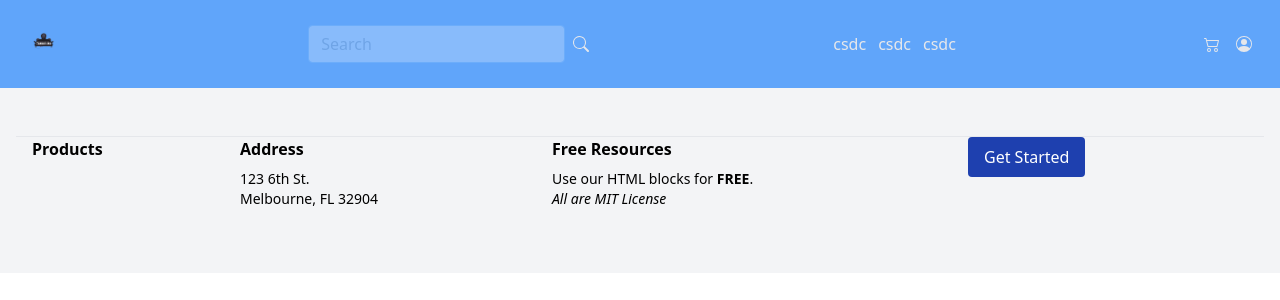
Repository: DevLaukey/Jitu-final
Page: / (app in frontend/)
The author's editor kept a copy of each file at every save. The page is drawn from the files as they stood at one save, then again after the next save.
The browser window is 1280 px wide. The pictures show the whole page.
The project was rebuilt for these pictures with package versions that can differ from the ones it lists, and the page was loaded fresh each time.

Above is the page before, as saved 2022-07-13 14:06:25.

### frontend/src/index.js
import React from 'react';
import ReactDOM from 'react-dom/client';
import './index.css';
import App from './App';
import {store } from './redux/store';
import {Provider} from 'react-redux';
const root = ReactDOM.createRoot(document.getElementById('root'));
root.render(
  <Provider store={store}>
    <App />
  </Provider>
);

### frontend/src/App.js
import Footer from "./components/Footer";
import Navbar from "./components/Navbar";

function App() {
  return (
    <div className="">
      <Navbar />
      <Footer />
    </div>
  );
}

export default App;

### frontend/src/components/Footer.js
import React from "react";

function Footer() {
  return (
    <footer class="footer-1 bg-gray-100 py-8 sm:py-12">
      <div class="container mx-auto px-4">

        <div class="sm:flex sm:flex-wrap border-t">
          <div class="sm:w-full px-4 md:w-1/6">
            <strong>Products</strong>
          </div>
          <div class="px-4 sm:w-1/2 md:w-1/4 mt-4 md:mt-0">
            <h6 class="font-bold mb-2">Address</h6>
            <address class="not-italic mb-4 text-sm">
              123 6th St.
              <br />
              Melbourne, FL 32904
            </address>
          </div>
          <div class="px-4 sm:w-1/2 md:w-1/4 mt-4 md:mt-0">
            <h6 class="font-bold mb-2">Free Resources</h6>
            <p class="mb-4 text-sm">
              Use our HTML blocks for <strong>FREE</strong>.<br />
              <em>All are MIT License</em>
            </p>
          </div>
          <div class="px-4 md:w-1/4 md:ml-auto mt-6 sm:mt-4 md:mt-0">
            <button class="px-4 py-2 bg-blue-800 hover:bg-blue-900 rounded text-white">
              Get Started
            </button>
          </div>
        </div>
      </div>
    </footer>
  );
}

export default Footer;

### frontend/src/components/Navbar.js
import React from "react";
import logo from "./logo.jpg";
import { BsCart2, BsPersonCircle, BsSearch } from "react-icons/bs";
function Navbar() {
  return (
    <header className="flex space-x-4 items-center justify-between align-middle  p-4 bg-blue-400">
      <div className="text-center ">
        <img className="aspect-square w-14" src={logo} alt="" />
      </div>
      <div class="flex items-center justify-center">
        <div class="input-group flex  items-stretch w-full  rounded">
          <input
            type="search"
            class="form-control  flex-auto min-w-0 block w-full px-3 py-1.5 text-base font-normal   bg-clip-padding border border-solid border-blue-300 rounded transition ease-in-out m-0 focus:text-white-900 focus:bg-white focus:border-blue-600 focus:outline-none opacity-25"
            placeholder="Search"
            aria-label="Search"
            aria-describedby="button-addon2"
          />
          <span
            class="input-group-text flex items-center px-2 py-1.5 text-base font-normal text-gray-200 text-center whitespace-nowrap rounded"
            id="basic-addon2"
          >
            <BsSearch />
          </span>
        </div>
      </div>
      <div>
        <ul className="hidden text-gray-200 py-1.5 md:flex space-x-3 text-center">
          <li>csdc</li>
          <li>csdc</li>
          <li>csdc</li>
        </ul>
      </div>
      <div class="space-x-4 text-gray-200 flex  px-3 py-2.5  text-center whitespace-nowrap rounded">
        <BsCart2 />
        <BsPersonCircle />
      </div>
    </header>
  );
}

export default Navbar;

Loaded but not shown: frontend/public/index.html (common file); frontend/src/index.css (common file); frontend/src/redux/store.js (common file); frontend/tailwind.config.js (common file)

After the next save:
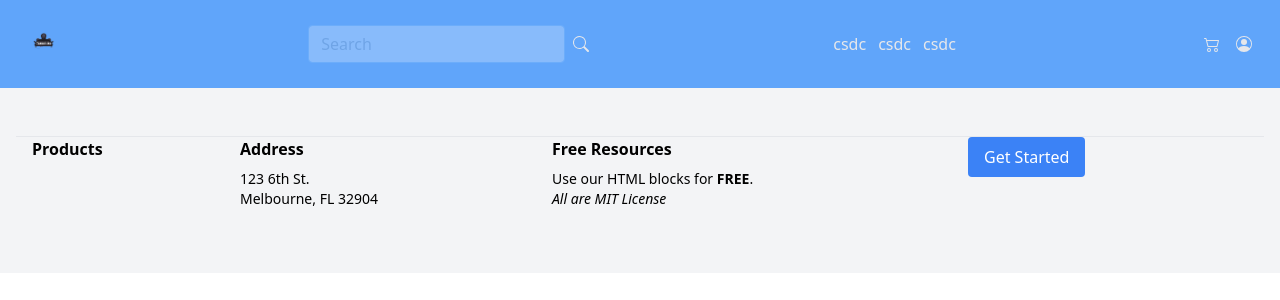
Saved 16 s later.
--- a/frontend/src/components/Footer.js
+++ b/frontend/src/components/Footer.js
@@ -25,7 +25,7 @@ function Footer() {
             </p>
           </div>
           <div class="px-4 md:w-1/4 md:ml-auto mt-6 sm:mt-4 md:mt-0">
-            <button class="px-4 py-2 bg-blue-800 hover:bg-blue-900 rounded text-white">
+            <button class="px-4 py-2 bg-blue-500 hover:bg-blue-500 rounded text-white">
               Get Started
             </button>
           </div>
